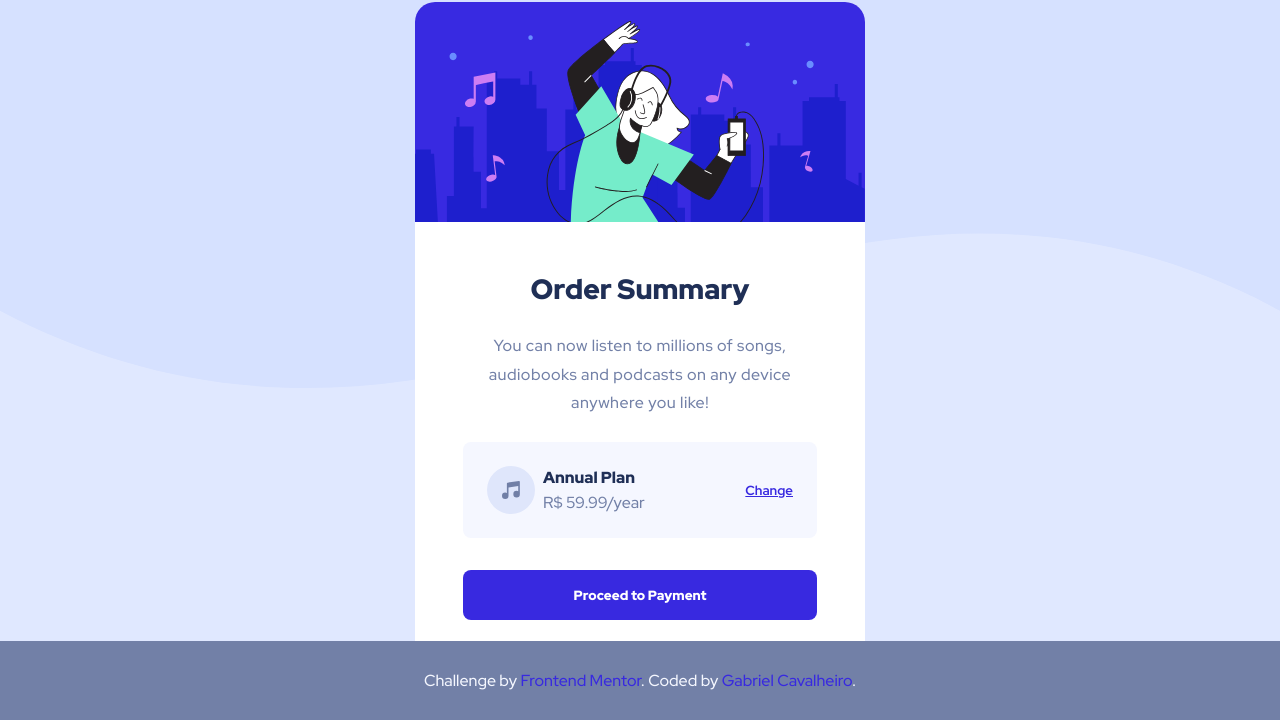
Repository: gccavalheiro/order-summary-card
Page: index.html
An editor plug-in stored every save of this project. The page is shown before and after the next save, followed by the edit.
The browser window is 1280 px wide. The pictures show the whole page.
The pointer rests on the first visible `a`.

Above is the page before, as saved 2021-12-17 02:51:56.

### index.html
<!DOCTYPE html>
<html lang="en">

<head>
  <meta charset="UTF-8" />
  <meta http-equiv="X-UA-Compatible" content="IE=edge" />
  <meta name="viewport" content="width=device-width, initial-scale=1.0" />
  <link rel="preconnect" href="https://fonts.googleapis.com">
  <link rel="preconnect" href="https://fonts.gstatic.com" crossorigin>
  <link href="https://fonts.googleapis.com/css2?family=Red+Hat+Display:wght@500;700;900&display=swap" rel="stylesheet">
  <link rel="icon" type="image/png" sizes="32x32" href="./images/favicon-32x32.png" />
  <title>Frontend Mentor | Order summary card</title>
  <link rel="stylesheet" href="./assets/css/main.css" />
</head>

<body>
  <main>
    <div class="card">
      <div class="card-header">
        <img src="./assets/images/illustration-hero.svg" alt="Illustration Woman">
      </div>
      <div class="card-body">
        <div class="card-info">
          <h1>Order Summary</h1>
          <p>You can now listen to millions of songs,
            audiobooks and podcasts on any device
            anywhere you like! </p>
        </div>
        <div class="card-plan">
          <div class="card-plan-detail">
            <div class="card-plan-icon-detail">
              <img src="./assets/images/icon-music.svg" alt="Icon Music" />
            </div>
            <div class="card-plan-info-detail">
              <h2>Annual Plan</h2>
              <p>R$ 59.99/year</p>
            </div>
          </div>
          <button class="card-plan-button">Change</button>
        </div>
        <button class="card-button-payment">Proceed to Payment</button>
        <button class="card-button-cancel">Cancel Order</button>
      </div>
    </div>
  </main>

  <footer>
    <p>
      Challenge by <a href="https://www.frontendmentor.io?ref=challenge" target="_blank">Frontend Mentor</a>.
      Coded by <a href="https://github.com/gccavalheiro">Gabriel Cavalheiro</a>.
    </p>
  </footer>
</body>

</html>

### assets/css/main.css
:root {
  --primary-pale-blue: hsl(225, 100%, 94%);
  --secondary-bright-blue: hsl(245, 75%, 52%);
  --very-pale-blue:hsl(225, 100%, 98%);
  --desaturated-blue: hsl(224, 23%, 55%);
  --dark-blue: hsl(223, 47%, 23%);
  --variant-blue: hsl(245, 83%, 68%);
  --white: hsl(0, 0%, 100%);
}

* {
  margin: 0;
  padding: 0;
  outline: 0;
  box-sizing: border-box;
  text-rendering: optimizeLegibility;
  -webkit-font-smoothing: antialiased;
  -moz-osx-font-smoothing: grayscale;
}

body {
  font-family: 'Red Hat Display', sans-serif;
  font-size: 1rem;
  background-color: var(--primary-pale-blue);
  background-image: url('../images/pattern-background-mobile.svg');
  background-repeat: no-repeat;
  background-position: top center;
  background-size: contain;
}

img {
  width: 100%;
}

a {
  color: var(--secondary-bright-blue);
  text-decoration: none;
}

button {
  font-family: 'Red Hat Display', sans-serif;
  border: 0;
  cursor: pointer;
  background-color: transparent;
}

main {
  display: flex;
  align-items: center;
  justify-content: center;
  width: 100%;
  height: 100vh;
  padding: 0 20px;
}

.card {
  display: flex;
  flex-direction: column;
  width: 100%;
  max-width: 450px;
  border-radius: 20px;
  background-color: var(--white);
}

.card-header {
  width: 100%;
  border-top-left-radius: 20px;
  border-top-right-radius: 20px;
  overflow: hidden;
  line-height: 0;
}

.card-body {
  display: flex;
  flex-direction: column;
  align-items: center;
  padding: 20px;
}

.card-info {
  display: flex;
  flex-direction: column;
  align-items: center;
  text-align: center;
}

.card-info h1{
  font-size: 1.75rem;
  color: var(--dark-blue);
  font-weight: 900;
}

.card-info p{
  font-size: 1rem;
  color: var(--desaturated-blue);
  font-weight: 500;
  letter-spacing: 0.03em;
  line-height: 1.8;
  margin: 24px 0;
}

.card-plan {
  display: flex;
  flex-direction: column;
  align-items: center;
  justify-content: space-between;
  width: 100%;
  background-color: var(--very-pale-blue);
  padding: 20px;
  border-radius: 8px;
}

.card-plan-detail {
  display: flex;
  align-items: center;
}

.card-plan-icon-detail {
  width: 48px;
  height: 48px;
  min-width: 48px;
  min-height: 48px;
  border-radius: 50%;
  margin-right: 8px;
}

.card-plan-icon-detail img {
  object-fit: cover;
}

.card-plan-info-detail {
  display: flex;
  flex-direction: column;
}

.card-plan-info-detail h2, .card-plan-info-detail p {
  font-size: 1rem;
}
.card-plan-info-detail h2 {
  font-weight: 900;
  color: var(--dark-blue);
  margin-bottom: 4px;
}

.card-plan-info-detail p {
  color: var(--desaturated-blue);
  font-size: 700;
}

.card-plan-button {
  font-size: .825rem;
  color: var(--secondary-bright-blue);
  background-color: transparent;
  text-decoration: underline;
  font-weight: 700;
  border: 0;
  transition: .3s;
  margin-top: 20px;
}

.card-plan-button:hover {
  color: var(--variant-blue);
}

.card-button-payment{
  font-weight: 900;
  padding: 16px 0;
  width: 100%;
  color: var(--white);
  background-color: var(--secondary-bright-blue);
  border-radius: 8px;
  margin: 32px 0;
}

.card-button-payment:hover {
  background-color: var(--variant-blue);
}

.card-button-cancel{
  font-weight: 900;
  color: var(--desaturated-blue);
}

.card-button-cancel:hover {
  color: var(--dark-blue);
}

footer {
  display: flex;
  align-items: center;
  justify-content: center;
  position: fixed;
  left: 0;
  bottom: 0;
  width: 100%;
  background-color: var(--desaturated-blue);
  padding: 28px 0;
  color: var(--very-pale-blue);
  text-align: center;
  line-height: 23px;
}

footer p {
  padding: 0 20px;
}

@media screen and (min-width: 374.9px) {
 .card-plan {
    flex-direction: row;
  }

  .card-plan-button {
    margin-top: 0;
  }

  footer p {
    padding: 0;
  }
}

@media screen and (min-width: 767.9px) {
  body {
    background-image: url('../images/pattern-background-desktop.svg');
  }

  main {
    padding: 0;
  }

  .card-body {
    padding: 48px;
  }

  .card-plan {
    padding: 24px;
  }
}

After the next save:
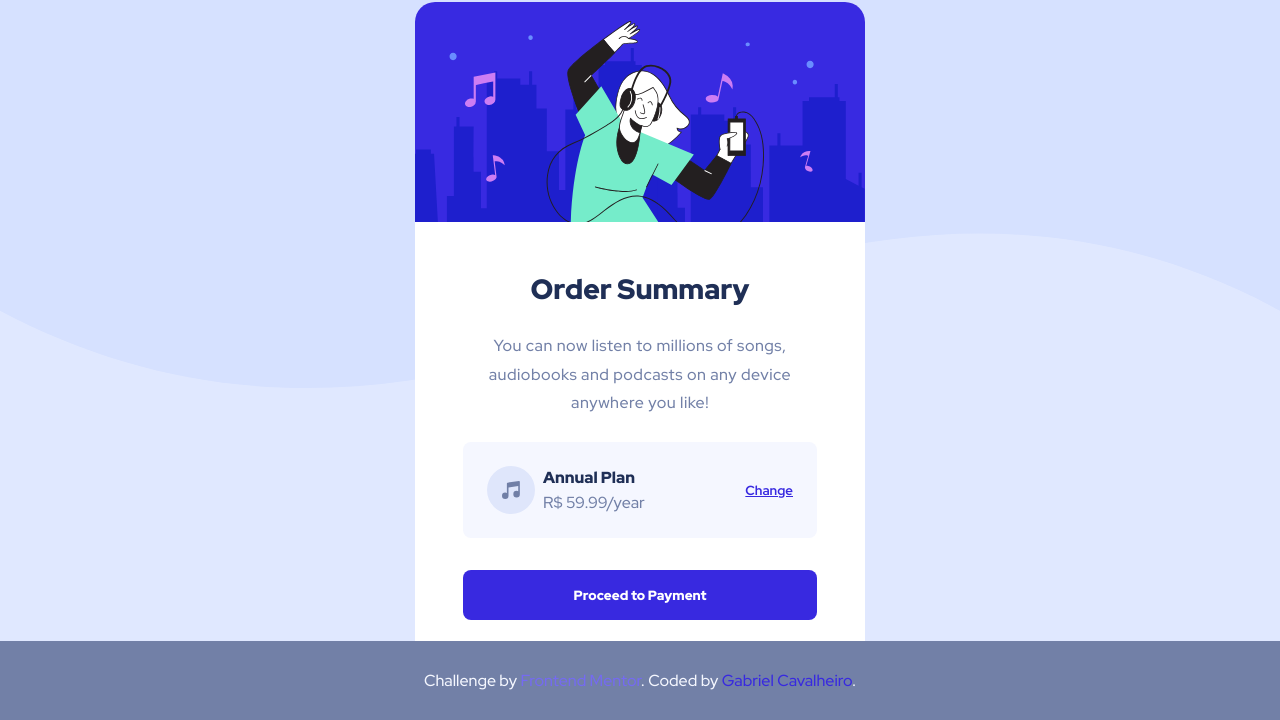
Saved 19 s later.
--- a/assets/css/main.css
+++ b/assets/css/main.css
@@ -35,6 +35,10 @@ img {
 a {
   color: var(--secondary-bright-blue);
   text-decoration: none;
+}
+
+a:hover {
+  color: var(--variant-blue);
 }
 
 button {
